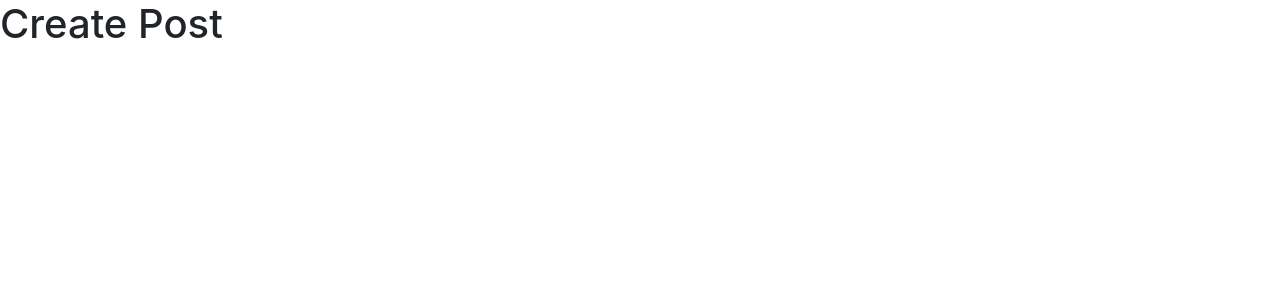
Repository: ymw0331/blog-mini-microservice
Page: / (app in blog/client/)
The author's editor kept a copy of each file at every save. The page is drawn from the files as they stood at one save, then again after a run of saves.
The browser window is 1280 px wide. The pictures show the whole page.
The project was rebuilt for these pictures with package versions that can differ from the ones it lists, and the page was loaded fresh each time.

Above is the page before, as saved 2023-01-26 13:57:27.

After the next 3 saves:
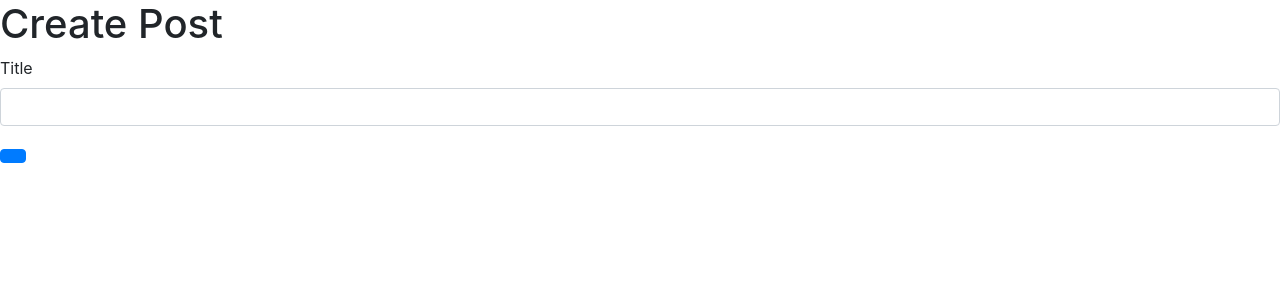
The 3 saves are shown as one change because they came seconds apart.
The last was saved 8 s later.
--- a/blog/client/src/App.js
+++ b/blog/client/src/App.js
@@ -6,6 +6,8 @@ const App = () =>
   return <div>
 
     <h1>Create Post</h1>
+    <PostCreate />
+
 
   </div>;
 };
